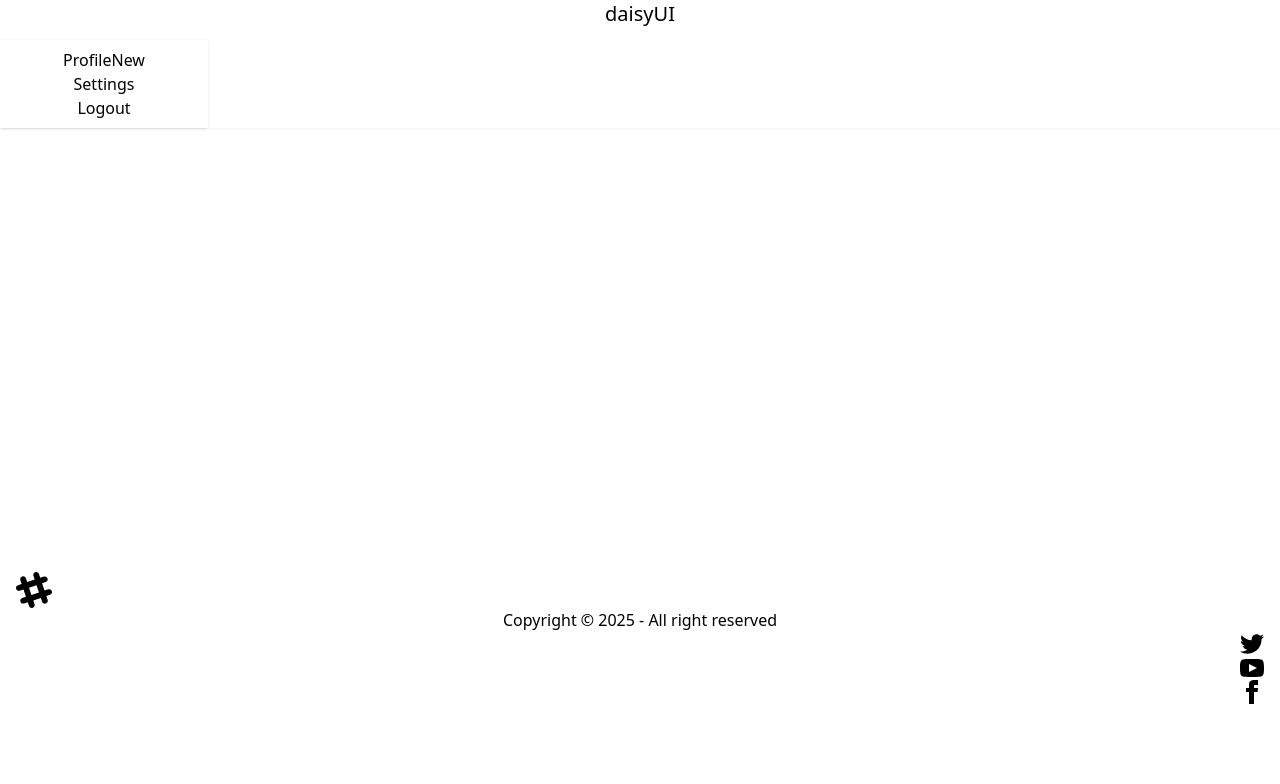
Repository: ROHIT8804/devTinderFrontEnd
Page: /feed (app in devTinder-Web/)
The author's editor kept a copy of each file at every save. The page is drawn from the files as they stood at one save, then again after the next save.
The browser window is 1280 px wide. The pictures show the whole page.
The project was rebuilt for these pictures with package versions that can differ from the ones it lists, and the page was loaded fresh each time. Also part of the build but not shown: devTinder-Web/vite.config.js, devTinder-Web/src/components/Login.jsx, devTinder-Web/src/components/Profile.jsx.

Above is the page before, as saved 2025-07-28 21:40:47.

### devTinder-Web/src/App.jsx
import { useState } from "react";
import "./App.css";
import { Routes } from "react-router-dom";
import { BrowserRouter, Route } from "react-router-dom";
import Body from "./components/Body";
import Login from "./components/Login";
import Profile from "./components/Profile";
import { Provider } from "react-redux";
import appStore from "./utils/appStore";
import Feed from "./components/Feed";

function App() {
  const [count, setCount] = useState(0);

  return (
    <>
    <Provider store={appStore}>
      <BrowserRouter>
        <Routes>
          <Route path="/" element={<Body />} >
            <Route path="/feed" element={Feed} />
            <Route path="/login" element={<Login />} />
            <Route path="/profile" element={<Profile />} />
          </Route>
        </Routes>
      </BrowserRouter>
      </Provider>
    </>
  );
}

export default App;

### devTinder-Web/src/components/Body.jsx
import { Outlet } from "react-router-dom";
import Nav from "./Nav";
import Footer from "./Footer";

function Body() {
  return (
    <div className="relative min-h-screen ">
      {/* Fixed Navbar */}
      <div className="fixed top-0 left-0 w-full z-50">
        <Nav />
      </div>
      {/* Main Content */}
      <div className="flex flex-col items-center justify-center pt-[3.5rem] pb-[5rem] min-h-screen">
        <Outlet />
      </div>
      {/* Fixed Footer */}
      <div className="fixed bottom-0 left-0 w-full z-50">
        <Footer />
      </div>
    </div>
  );
}

export default Body;

### devTinder-Web/src/utils/appStore.js
import { configureStore } from '@reduxjs/toolkit';
import userReducer from './userSlice';

const appStore = configureStore({
  reducer: {
    user: userReducer,
  },
});

export default appStore;

### devTinder-Web/src/components/Nav.jsx
import { useSelector } from "react-redux";

function Nav() {
  const user = useSelector((state) => state.user);
  console.log("User from Nav:", user);
  return (
    <>
      {/* Navigation Bar */}
      <div className="navbar bg-base-100 shadow-sm">
        <div className="flex-1">
          <a className="btn btn-ghost text-xl">daisyUI</a>
        </div>
        <div className="flex gap-2">
          {/* <input
            type="text"
            placeholder="Search"
            className="input input-bordered w-24 md:w-auto"
          /> */}
          <div className="dropdown dropdown-end">
            <div
              tabIndex={0}
              role="button"
              className="btn btn-ghost btn-circle avatar"
            >
              <div className="w-10 rounded-full">
                {user && user.name ? (
                  <img
                  alt="Tailwind CSS Navbar component"
                  src="https://img.daisyui.com/images/stock/photo-1534528741775-53994a69daeb.webp"
                />
                ): null}

              </div>
            </div>
            <ul
              tabIndex={0}
              className="menu menu-sm dropdown-content bg-base-100 rounded-box z-1 mt-3 w-52 p-2 shadow"
            >
              <li>
                <a className="justify-between">
                  Profile
                  <span className="badge">New</span>
                </a>
              </li>
              <li>
                <a>Settings</a>
              </li>
              <li>
                <a>Logout</a>
              </li>
            </ul>
          </div>
        </div>
      </div>
    </>
  );
}

export default Nav;

### devTinder-Web/src/components/Footer.jsx
function Footer() {
  return (
    <div>
        {/* Footer */}
      <footer className="footer sm:footer-horizontal bg-neutral text-neutral-content items-center p-4">
        <aside className="grid-flow-col items-center">
          <svg
            width="36"
            height="36"
            viewBox="0 0 24 24"
            xmlns="http://www.w3.org/2000/svg"
            fillRule="evenodd"
            clipRule="evenodd"
            className="fill-current">
            <path
              d="M22.672 15.226l-2.432.811.841 2.515c.33 1.019-.209 2.127-1.23 2.456-1.15.325-2.148-.321-2.463-1.226l-.84-2.518-5.013 1.677.84 2.517c.391 1.203-.434 2.542-1.831 2.542-.88 0-1.601-.564-1.86-1.314l-.842-2.516-2.431.809c-1.135.328-2.145-.317-2.463-1.229-.329-1.018.211-2.127 1.231-2.456l2.432-.809-1.621-4.823-2.432.808c-1.355.384-2.558-.59-2.558-1.839 0-.817.509-1.582 1.327-1.846l2.433-.809-.842-2.515c-.33-1.02.211-2.129 1.232-2.458 1.02-.329 2.13.209 2.461 1.229l.842 2.515 5.011-1.677-.839-2.517c-.403-1.238.484-2.553 1.843-2.553.819 0 1.585.509 1.85 1.326l.841 2.517 2.431-.81c1.02-.33 2.131.211 2.461 1.229.332 1.018-.21 2.126-1.23 2.456l-2.433.809 1.622 4.823 2.433-.809c1.242-.401 2.557.484 2.557 1.838 0 .819-.51 1.583-1.328 1.847m-8.992-6.428l-5.01 1.675 1.619 4.828 5.011-1.674-1.62-4.829z"></path>
          </svg>
          <p>Copyright © {new Date().getFullYear()} - All right reserved</p>
        </aside>
        <nav className="grid-flow-col gap-4 md:place-self-center md:justify-self-end">
          <a>
            <svg
              xmlns="http://www.w3.org/2000/svg"
              width="24"
              height="24"
              viewBox="0 0 24 24"
              className="fill-current">
              <path
                d="M24 4.557c-.883.392-1.832.656-2.828.775 1.017-.609 1.798-1.574 2.165-2.724-.951.564-2.005.974-3.127 1.195-.897-.957-2.178-1.555-3.594-1.555-3.179 0-5.515 2.966-4.797 6.045-4.091-.205-7.719-2.165-10.148-5.144-1.29 2.213-.669 5.108 1.523 6.574-.806-.026-1.566-.247-2.229-.616-.054 2.281 1.581 4.415 3.949 4.89-.693.188-1.452.232-2.224.084.626 1.956 2.444 3.379 4.6 3.419-2.07 1.623-4.678 2.348-7.29 2.04 2.179 1.397 4.768 2.212 7.548 2.212 9.142 0 14.307-7.721 13.995-14.646.962-.695 1.797-1.562 2.457-2.549z"></path>
            </svg>
          </a>
          <a>
            <svg
              xmlns="http://www.w3.org/2000/svg"
              width="24"
              height="24"
              viewBox="0 0 24 24"
              className="fill-current">
              <path
                d="M19.615 3.184c-3.604-.246-11.631-.245-15.23 0-3.897.266-4.356 2.62-4.385 8.816.029 6.185.484 8.549 4.385 8.816 3.6.245 11.626.246 15.23 0 3.897-.266 4.356-2.62 4.385-8.816-.029-6.185-.484-8.549-4.385-8.816zm-10.615 12.816v-8l8 3.993-8 4.007z"></path>
            </svg>
          </a>
          <a>
            <svg
              xmlns="http://www.w3.org/2000/svg"
              width="24"
              height="24"
              viewBox="0 0 24 24"
              className="fill-current">
              <path
                d="M9 8h-3v4h3v12h5v-12h3.642l.358-4h-4v-1.667c0-.955.192-1.333 1.115-1.333h2.885v-5h-3.808c-3.596 0-5.192 1.583-5.192 4.615v3.385z"></path>
            </svg>
          </a>
        </nav>
      </footer>
    </div>
  )
}

export default Footer;

### devTinder-Web/src/utils/userSlice.js
// utils/userSlice.js
import { createSlice } from '@reduxjs/toolkit';

const userSlice = createSlice({
  name: 'user',
  initialState: {
    name: null,
    email: null,
  },
  reducers: {
    setUser: (state, action) => {
        console.log("Setting user:", action.payload);
      state.name = action.payload.name;
      state.email = action.payload.email;
    },
    clearUser: (state) => {
      state.name = null;
      state.email = null;
    },
  },
});

export const { setUser, clearUser } = userSlice.actions;
export default userSlice.reducer;

### devTinder-Web/tailwind.config.js
/** @type {import('tailwindcss').Config} */
export default {
  content: [
    "./index.html",
    "./src/**/*.{js,ts,jsx,tsx}",
  ],
  theme: {
    extend: {},
  },
  plugins: [require("daisyui")],
  daisyui: {
    themes: ["light", "dark", "cupcake"],
    darkTheme: "light", // Set this to "light" for light theme default
    base: true,
    styled: true,
    utils: true,
  },
}

### devTinder-Web/src/components/Feed.jsx


function Feed(){

    return (
        <div>
            <span>Feed Component</span>
        </div>
    )
}

export default Feed;

Loaded but not shown: devTinder-Web/index.html (common file); devTinder-Web/src/main.jsx (common file); devTinder-Web/src/index.css (common file); devTinder-Web/src/App.css (common file)

After the next save:
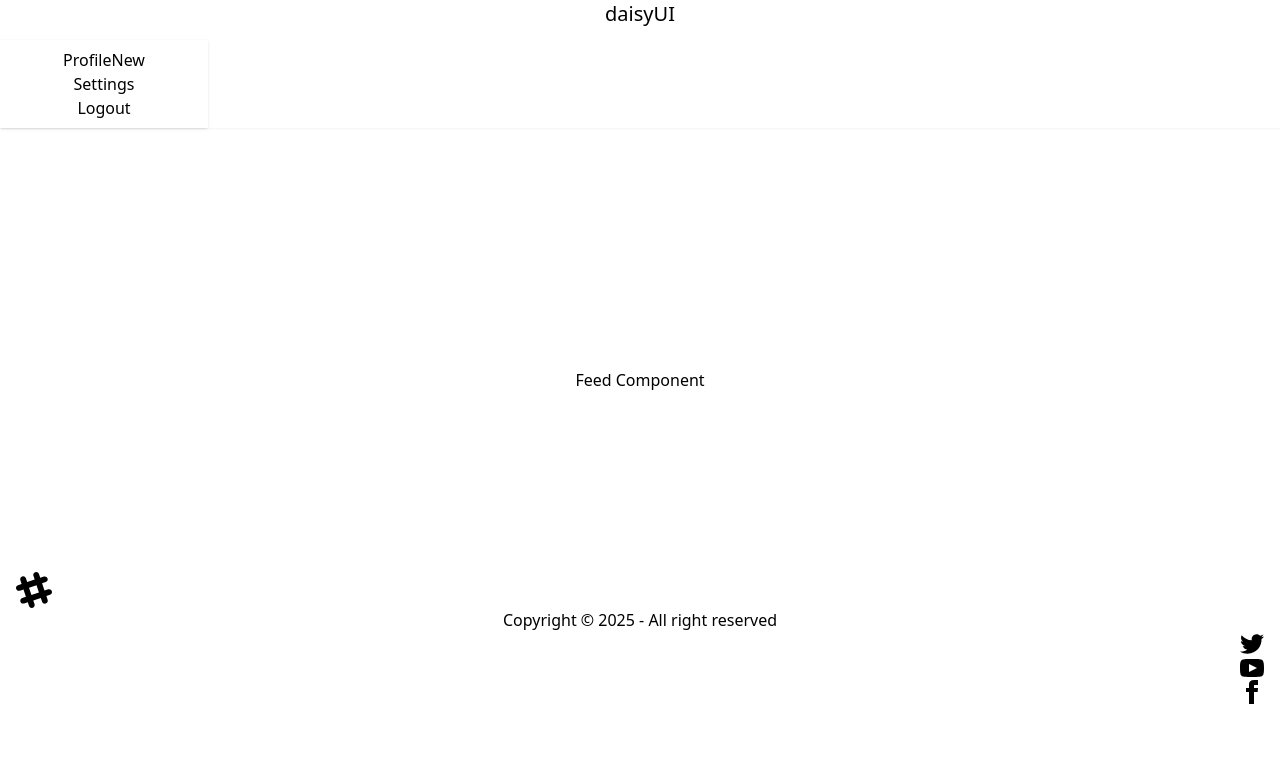
Saved 105 s later.
--- a/devTinder-Web/src/App.jsx
+++ b/devTinder-Web/src/App.jsx
@@ -18,7 +18,7 @@ function App() {
       <BrowserRouter>
         <Routes>
           <Route path="/" element={<Body />} >
-            <Route path="/feed" element={Feed} />
+            <Route path="/feed" element={<Feed />} />
             <Route path="/login" element={<Login />} />
             <Route path="/profile" element={<Profile />} />
           </Route>
